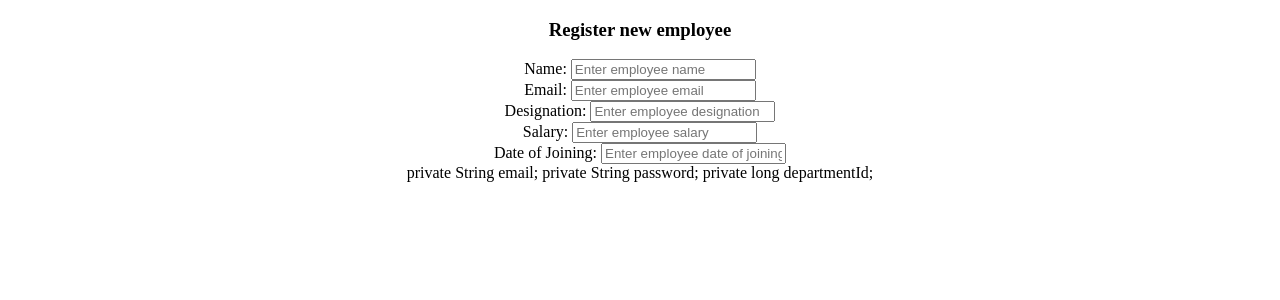
Repository: ArmanAli-cmd/EmployeeProjectDepartmentApplication
Page: http://localhost/EmployeeProjectDepartmentMVCApplication/views/employee-signup.jsp
These files come from the project's save history. The page is drawn as it stood at one moment and after the next save; the edit follows.
The browser window is 1280 px wide. The pictures show the whole page.
The page is served by Tomcat 9.

Above is the page before, as saved 2024-01-17 10:25:04.

After the next save:
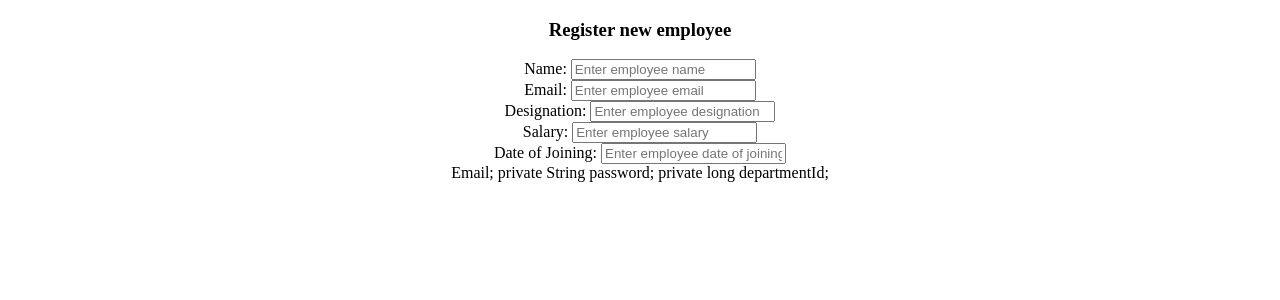
Saved 6 s later.
--- a/EmployeeProjectDepartmentMVCApplication/src/main/webapp/views/employee-signup.jsp
+++ b/EmployeeProjectDepartmentMVCApplication/src/main/webapp/views/employee-signup.jsp
@@ -14,7 +14,7 @@ Email: <input type="text" name="email" placeholder="Enter employee email" requir
 Designation: <input type="text" name="designation" placeholder="Enter employee designation" required><br>
 Salary: <input type="text" name="salary" placeholder="Enter employee salary" required="required"><br>
 Date of Joining: <input type="text" name="doj" placeholder="Enter employee date of joining" required><br>
-	private String email;
+Email;
 	private String password;
 	private long departmentId;
 </form>
